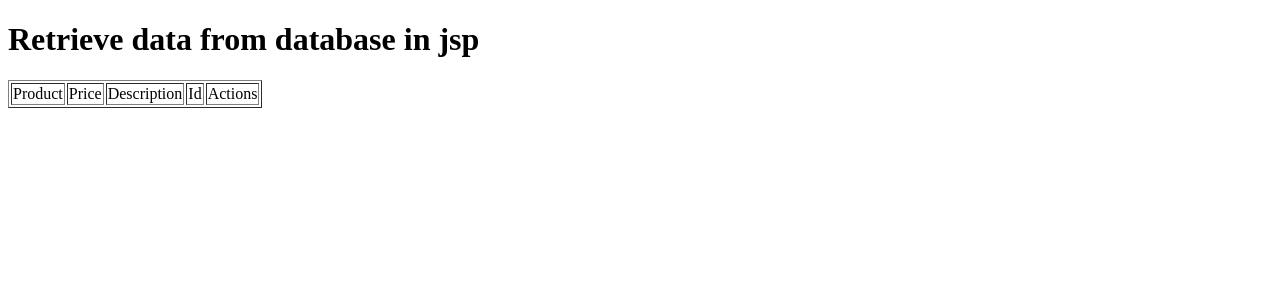
Repository: Shreya200012/FoodBox
Page: http://localhost/foodWeb/showData.jsp
An editor plug-in stored every save of this project. The page is shown before and after the next save, followed by the edit.
The browser window is 1280 px wide. The pictures show the whole page.
The page is served by Tomcat 9. Queries for data that is not in the repository find no rows.

Above is the page before, as saved 2022-06-14 16:29:18.

After the next save:
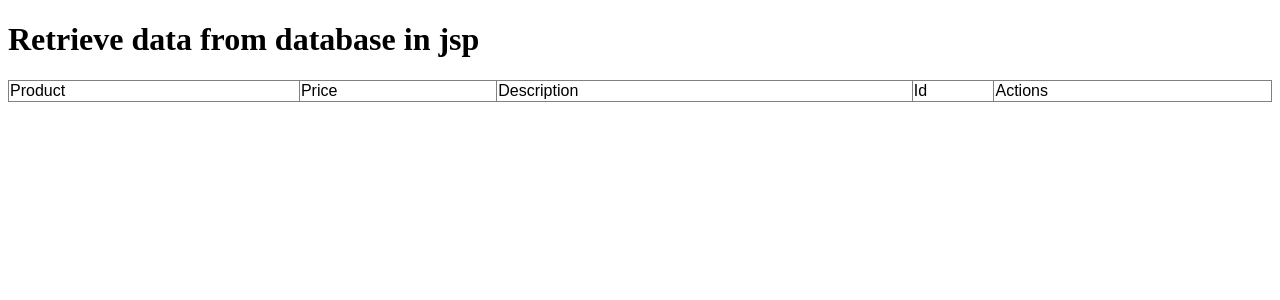
Saved 2 min 44 s later.
--- a/foodWeb/src/main/webapp/showData.jsp
+++ b/foodWeb/src/main/webapp/showData.jsp
@@ -24,17 +24,18 @@ ResultSet resultSet = null;
 <html>
 <head>
 <style>
-.btn1{
-color:'red';
+#customers {
+  font-family: Arial, Helvetica, sans-serif;
+  border-collapse: collapse;
+  width: 100%;
 }
-
 </style>
 
 </head>
 <body>
 
 <h1>Retrieve data from database in jsp</h1>
-<table border="1">
+<table border="1" id="customers">
 <tr>
 <td>Product</td>
 <td>Price</td>
